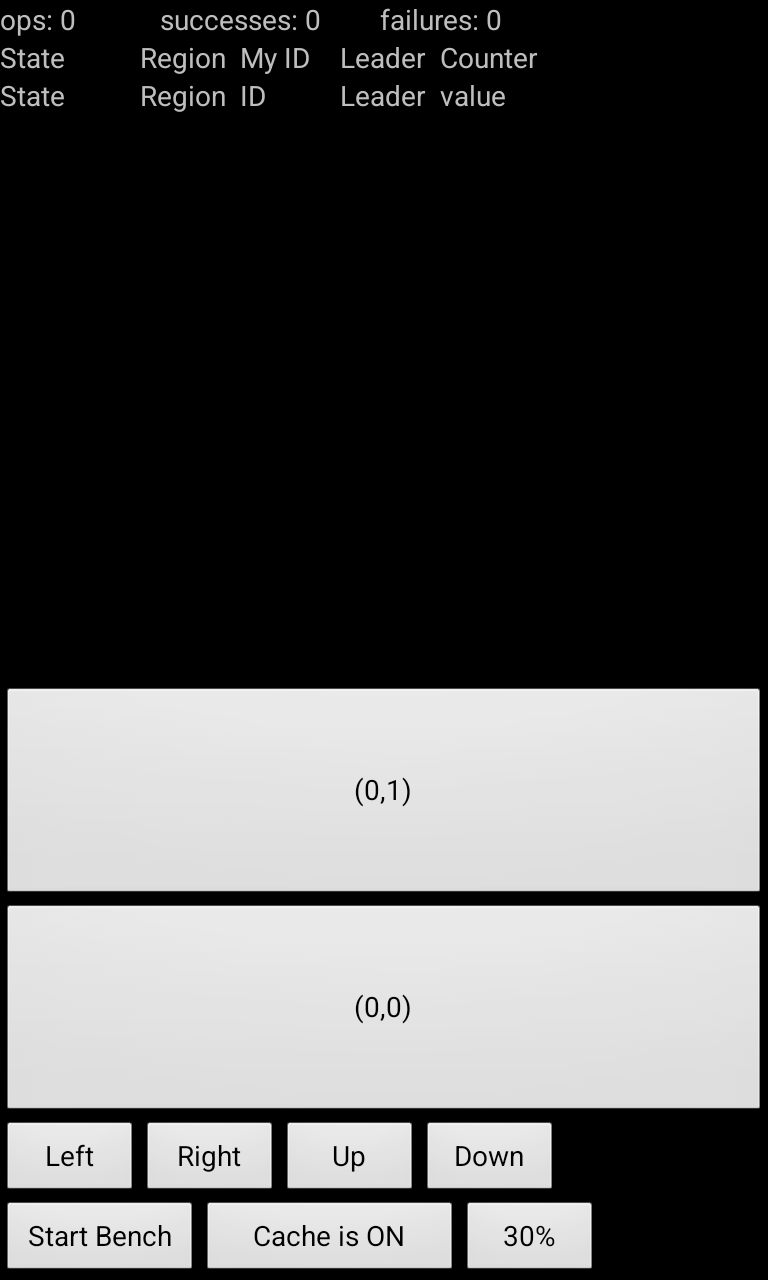
Repository: jasongao/csmcode
Layout: current/workspace/VNConsistent/res/layout/main.xml
These files come from the project's save history. The layout is drawn as it stood at one moment and after the next save; the edit follows.
It is drawn on a 768 x 1280 px phone screen (xhdpi) without system bars, with theme android:Theme; the app's code is not run. Lists and similar views that code fills are empty.

Above is the layout before, as saved 2011-07-17 15:38:12.

After the next save:
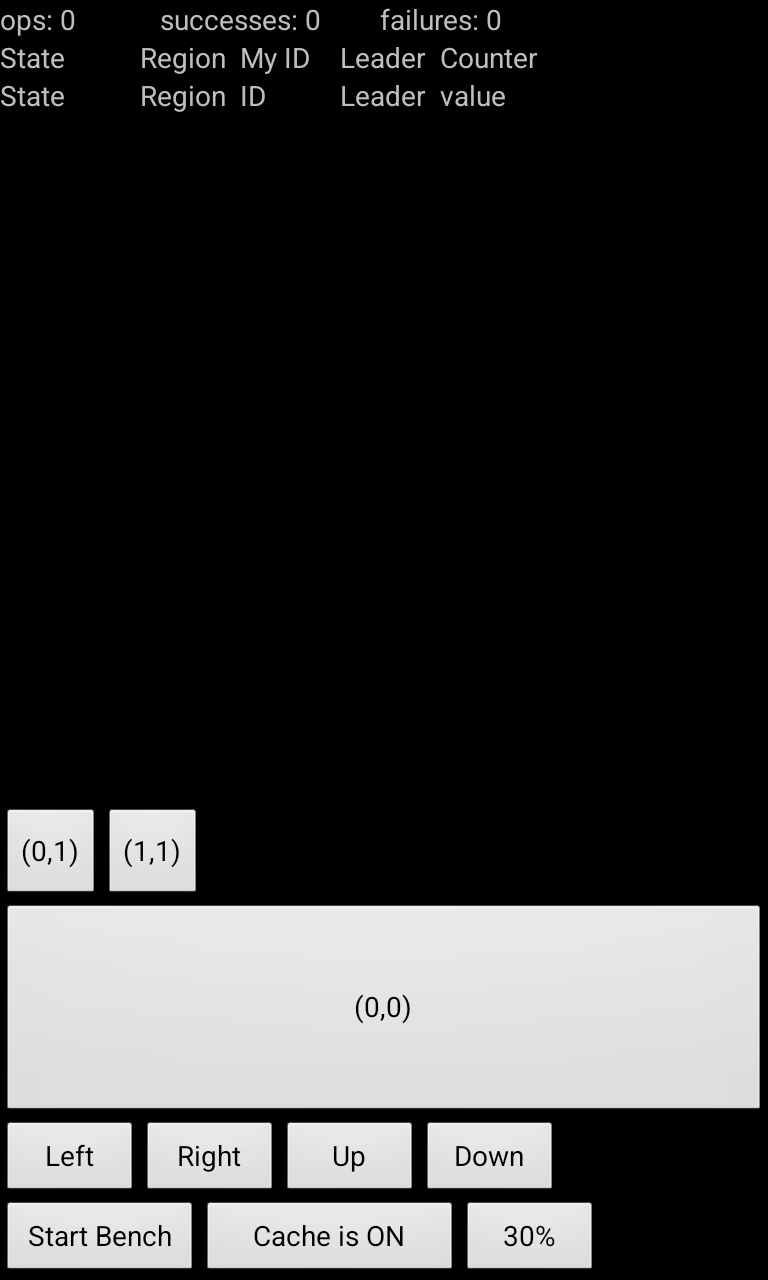
Saved 20 s later.
--- a/current/workspace/VNConsistent/res/layout/main.xml
+++ b/current/workspace/VNConsistent/res/layout/main.xml
@@ -49,9 +49,9 @@
 		android:orientation="horizontal" android:layout_height="wrap_content"
 		android:id="@+id/RegionButton1Layout">
 		<Button android:text="(0,1)" android:id="@+id/up_button"
-			android:layout_width="fill_parent" android:layout_height="fill_parent" />
+			android:layout_width="wrap_content" android:layout_height="wrap_content" />
 		<Button android:text="(1,1)" android:id="@+id/down_button"
-			android:layout_width="fill_parent" android:layout_height="fill_parent" />
+			android:layout_width="wrap_content" android:layout_height="wrap_content" />
 	</LinearLayout>
 
 	<LinearLayout android:layout_width="fill_parent"
